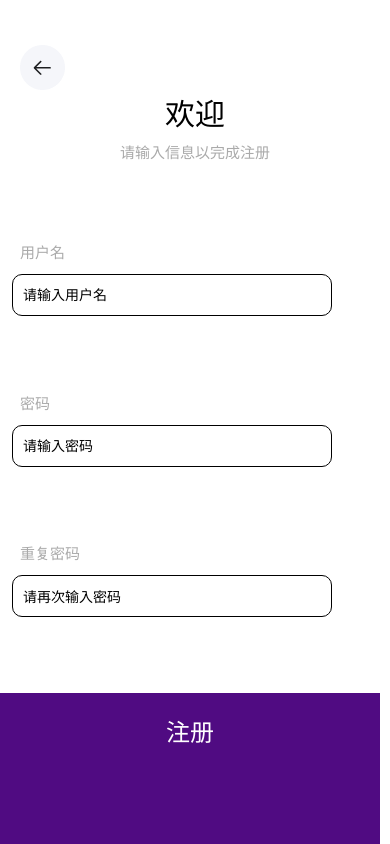
Repository: eyebone/barManager
Screen: /sign
An editor plug-in stored every save of this project. The screen is shown before and after a run of saves, followed by the edit.
The app was drawn by React Native's web renderer in a window 390 px wide. The project was rebuilt for these pictures with package versions that can differ from the ones it lists, and the page was loaded fresh each time. Also part of the build but not shown: components/EmojiPicker.js, components/Button.js, components/ImageViewer.js, components/circleButton.js, components/IconButton.js, view/ViewOne.js, view/Main.js.

Above is the screen before, as saved 2023-06-26 16:24:51.

### App.js
// In App.js in a new project

import * as React from "react";
import { Button, View, Text, StyleSheet, Pressable, Alert } from "react-native";
// import React-native from 'react-native';
import { NavigationContainer } from "@react-navigation/native";
import { createNativeStackNavigator } from "@react-navigation/native-stack";
import { ViewOne } from "./view/ViewOne";
import { SignView } from "./view/Sign";
import { LinearGradient } from "expo-linear-gradient";
import FontAwesome from "react-native-vector-icons/FontAwesome";
import { MainView } from "./view/Main";

function HomeScreen({ navigation }) {
  return (
    <View style={styles.container}>
      <LinearGradient
        start={{ x: 0, y: 0 }}
        end={{ x: 1, y: 1 }}
        colors={["#5c0b82", "#480965", "#190641", "#070320", "#000000"]}
        style={styles.linearGradient}
      >
        <Text>Home Screen</Text>
        <Pressable
          style={(styles.button, { backgroundColor: "#faf2de" })}
          onPress={() => navigation.push("test")}
        >
          <FontAwesome name="home" size={26} style={{ paddingRight: 8 }} />
          <Text>go to detail</Text>
        </Pressable>

        <Button
          title="Go to Sign"
          onPress={() => navigation.navigate("sign")}
        />
        <Text style={styles.buttonText}>Sign in with Facebook</Text>
      </LinearGradient>
    </View>
  );
}

const Stack = createNativeStackNavigator();

function App() {
  return (
    <NavigationContainer style={styles.container}>
      <Stack.Navigator initialRouteName="Home">
        <Stack.Screen
          name="Home"
          component={HomeScreen}
          // options={{ title: "Overview", backgroundColor: "transparent" }}
          options={{ headerShown: false }}
        />
        <Stack.Screen name="test" component={ViewOne} />
        <Stack.Screen name="sign" component={SignView}
          options={{ headerShown: false }}
        />
        <Stack.Screen name="Main" component={MainView} />
      </Stack.Navigator>
    </NavigationContainer>
  );
}

export default App;

const styles = StyleSheet.create({
  container: {
    flex: 1,
    flexDirection: "column",
    backgroundColor: "#000000",
    //    alignItems: 'center',
  },
  linearGradient: {
    height: 740,
  },
  button: {
    borderRadius: 10,
    width: 300,
    height: 30,
    alignItems: "center",
    justifyContent: "center",
    flexDirection: "row",
  },
});

### view/Sign.js
//这是注册界面

import { StatusBar } from "expo-status-bar";
import { StyleSheet, View, Text } from "react-native";
import Button from "../components/Button";
import ImageViewer from "../components/ImageViewer";
import * as ImagePicker from "expo-image-picker";
import { useState } from "react";
const PlaceholderImage = require("../assets/images/background-image.png");
import * as React from "react";
import {
  FlatList,
  Image,
  Platform,
  Pressable,
  PixelRatio,
  TextInput,
  Alert,
} from "react-native";
import { NavigationContainer } from "@react-navigation/native";
import { createNativeStackNavigator } from "@react-navigation/native-stack";

//import {Text } from 'react-native';

const createTwoButtonAlert = () =>
  Alert.alert("提示：", "您已注册成功！", [
    { text: "OK", onPress: () => console.log("OK Pressed") },
  ]);

export function SignView({ navigation }) {
  const [value, onChangeText] = React.useState("");

  return (
    <View style={styles.container}>
      <Pressable onPress={() => navigation.push("Home")}>
        <Image
          source={require("../assets/bar/Back.png")}
          style={{ marginLeft: 20, marginTop: 45}}
        />
      </Pressable>

      <View style={styles.welcomeContainer}>
        <Text style={styles.welcomeText} numberOfLines={1}>
          欢迎
        </Text>
        <Text style={styles.infoText}>请输入信息以完成注册</Text>
      </View>
      <View style={styles.inputBar}>
        <Text style={styles.smallText}>用户名</Text>
        <TextInput
          maxLength={40}
          onChangeText={(text) => onChangeText(text)}
          value={value}
          style={styles.input}
          placeholder="请输入用户名"
        />
      </View>
      <View style={styles.inputBar}>
        <Text style={styles.smallText}>密码</Text>
        <TextInput style={styles.input} placeholder="请输入密码" />
      </View>
      <View style={styles.inputBar}>
        <Text editable style={styles.smallText}>
          重复密码
        </Text>
        <TextInput
          style={styles.input}
          placeholder="请再次输入密码"
          //          onChangeText={onChange}
        />
      </View>
      {/* <View style={styles.footerContainer}>
        <Text style={styles.regText}>注册</Text>
      </View> */}
      <Pressable
        style={styles.footerContainer}
        onPress={() => {
          navigation.push("Main");
          createTwoButtonAlert();
        }}
      >
        <Text style={styles.regText}>注册</Text>
      </Pressable>
    </View>
  );
}

const styles = StyleSheet.create({
  container: {
    flex: 1,
    flexDirection: "column",
    backgroundColor: "#fff",
    //    alignItems: 'center',
  },
  welcomeContainer: {
    flex: 1,
    backgroundColor: "#fff",
    alignItems: "center",
    // marginTop: 60,
    height: 60,
  },
  welcomeText: {
    fontSize: PixelRatio.getFontScale() * 30,
    //    fontFamily: STKaiti,
  },
  infoText: {
    color: "#aaa",
    fontSize: PixelRatio.getFontScale() * 15,
    lineHeight: 38,
  },
  imageContainer: {
    flex: 1,
    paddingTop: 58,
  },
  smallText: {
    fontSize: PixelRatio.getFontScale() * 15,
    color: "#aaa",
    marginLeft: 20,
  },
  footerContainer: {
    flex: 1,
    alignItems: "center",
    backgroundColor: "#500B82",
    width: 380,
    height: 57,
    bottom: 0,
    //      marginTop: 600,
    //      paddingTop: 737,
  },
  inputBar: {
    flex: 1,
    // borderBottomColor: "#000",
    // borderBottomWidth: 1,
  },
  regText: {
    fontSize: PixelRatio.getFontScale() * 24,
    color: "#fff",
    margin: 20,
  },
  input: {
    height: 42,
    margin: 12,
    borderWidth: 1,
    padding: 10,
    width: 320,
    borderRadius: 10,
  },
});

After the next 3 saves:
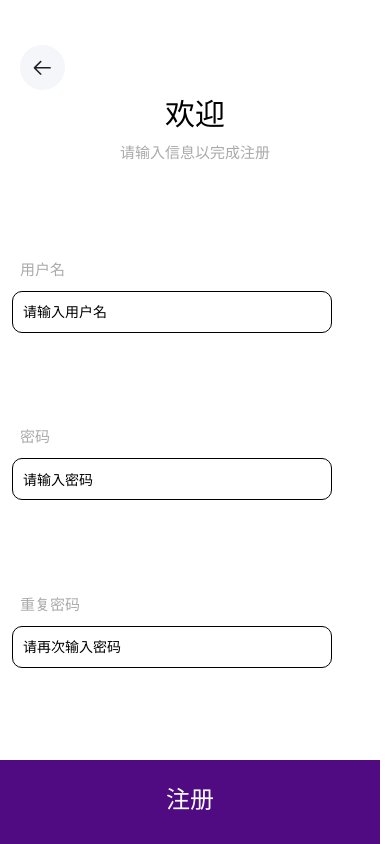
The 3 saves are shown as one change because they came seconds apart.
The last was saved 18 s later.
--- a/view/Sign.js
+++ b/view/Sign.js
@@ -118,7 +118,7 @@ const styles = StyleSheet.create({
     marginLeft: 20,
   },
   footerContainer: {
-    flex: 1,
+    flex: 1/2,
     alignItems: "center",
     backgroundColor: "#500B82",
     width: 380,
